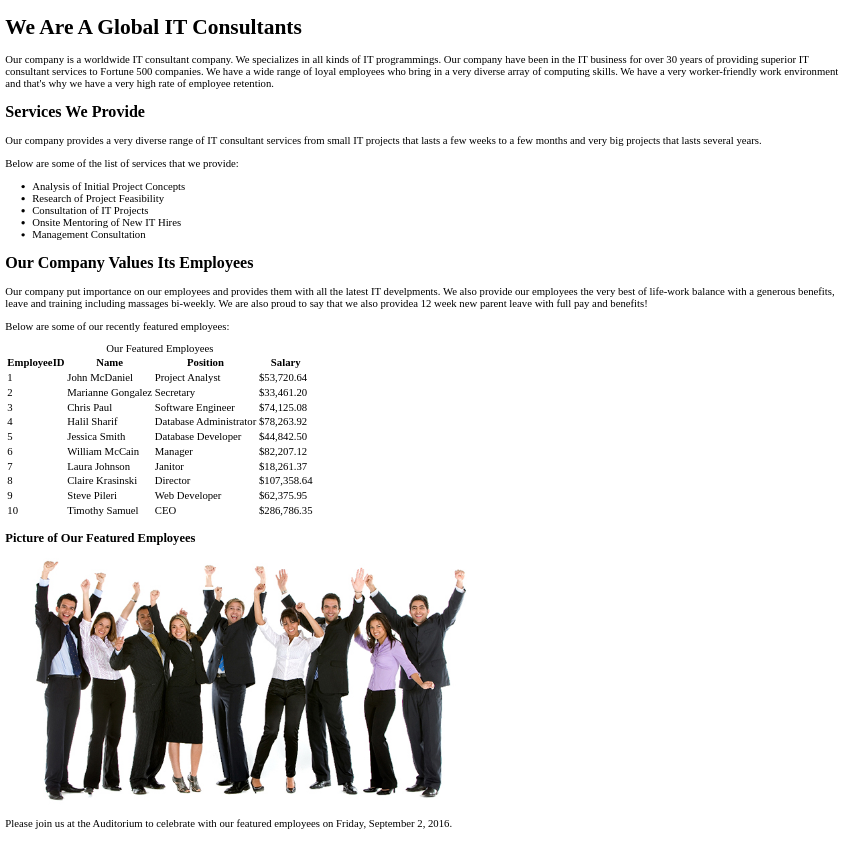
Repository: myjavaweb2/Week5JDBCAssignments
Page: myweek4project/src/main/webapp/index.html
An editor plug-in stored every save of this project. The page is shown before and after the next save, followed by the edit.
The browser window is 1280 px wide. The pictures show the whole page, at 67% of full size.

Above is the page before, as saved 2016-08-25 20:18:50.

After the next save:
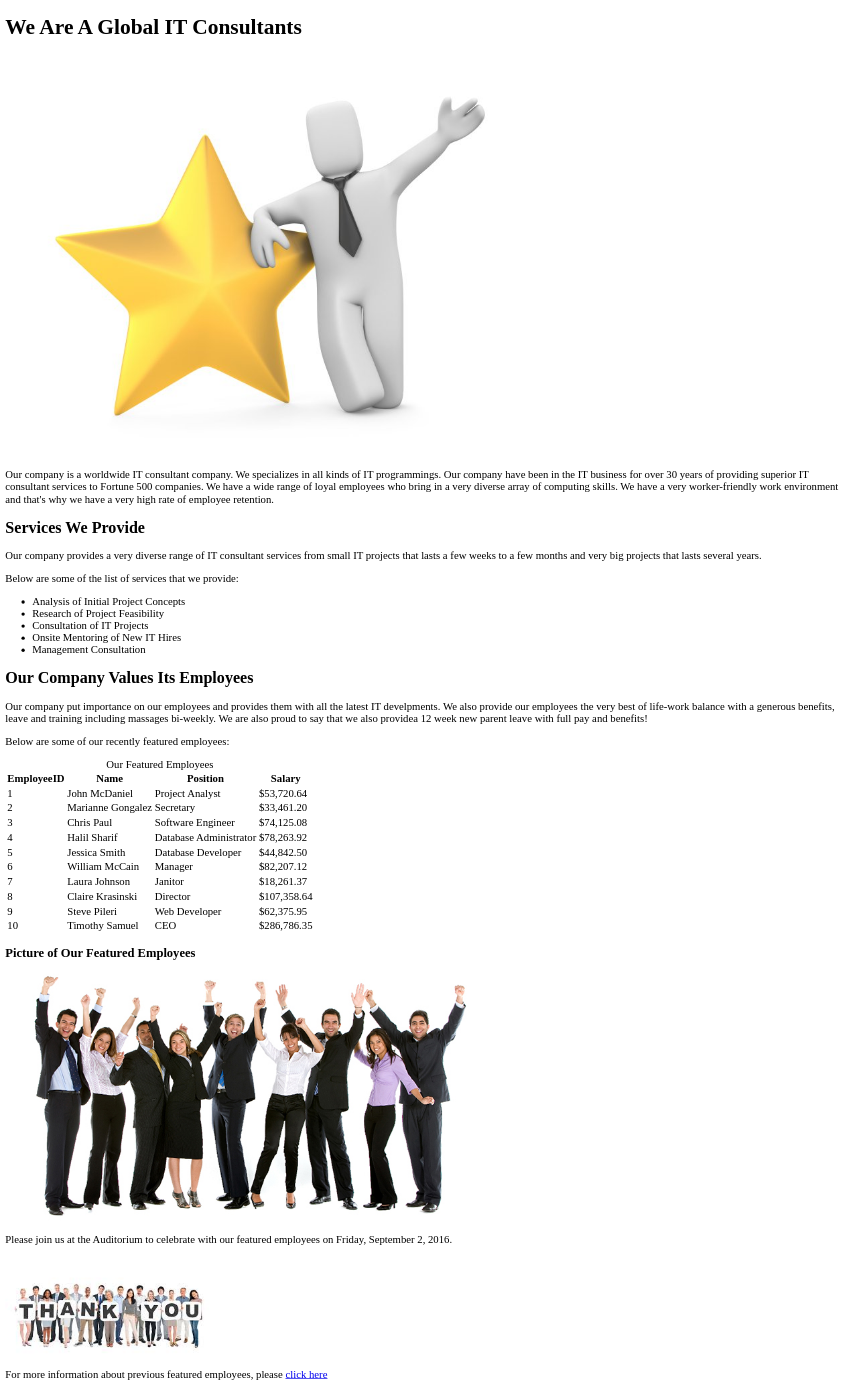
Saved 8 min 59 s later.
--- a/myweek4project/src/main/webapp/index.html
+++ b/myweek4project/src/main/webapp/index.html
@@ -7,6 +7,8 @@
 <body>
 
 <h1>We Are A Global IT Consultants</h1>
+
+<img alt="Employee Pride" src="images/employee_pride.jpg">
 
 <p>Our company is a worldwide IT consultant company. We specializes in all kinds of IT programmings.
 Our company have been in the IT business for over 30 years of providing superior IT consultant
@@ -116,6 +118,12 @@ parent leave with full pay and benefits!</p>
 <p>Please join us at the Auditorium to celebrate with our featured employees
 on Friday, September 2, 2016.</p>
 
+<img alt="Employees Appreciation" src="images/employees2.jpg">
+
+<footer>For more information about previous featured employees, please
+<a href="http://www.prnewswire.com/news-releases/video-production-agency-rep-interactive-wins-inccoms-50-best-workplaces-award-300317746.html">
+click here</a></footer>
+
 
 
 </body>
